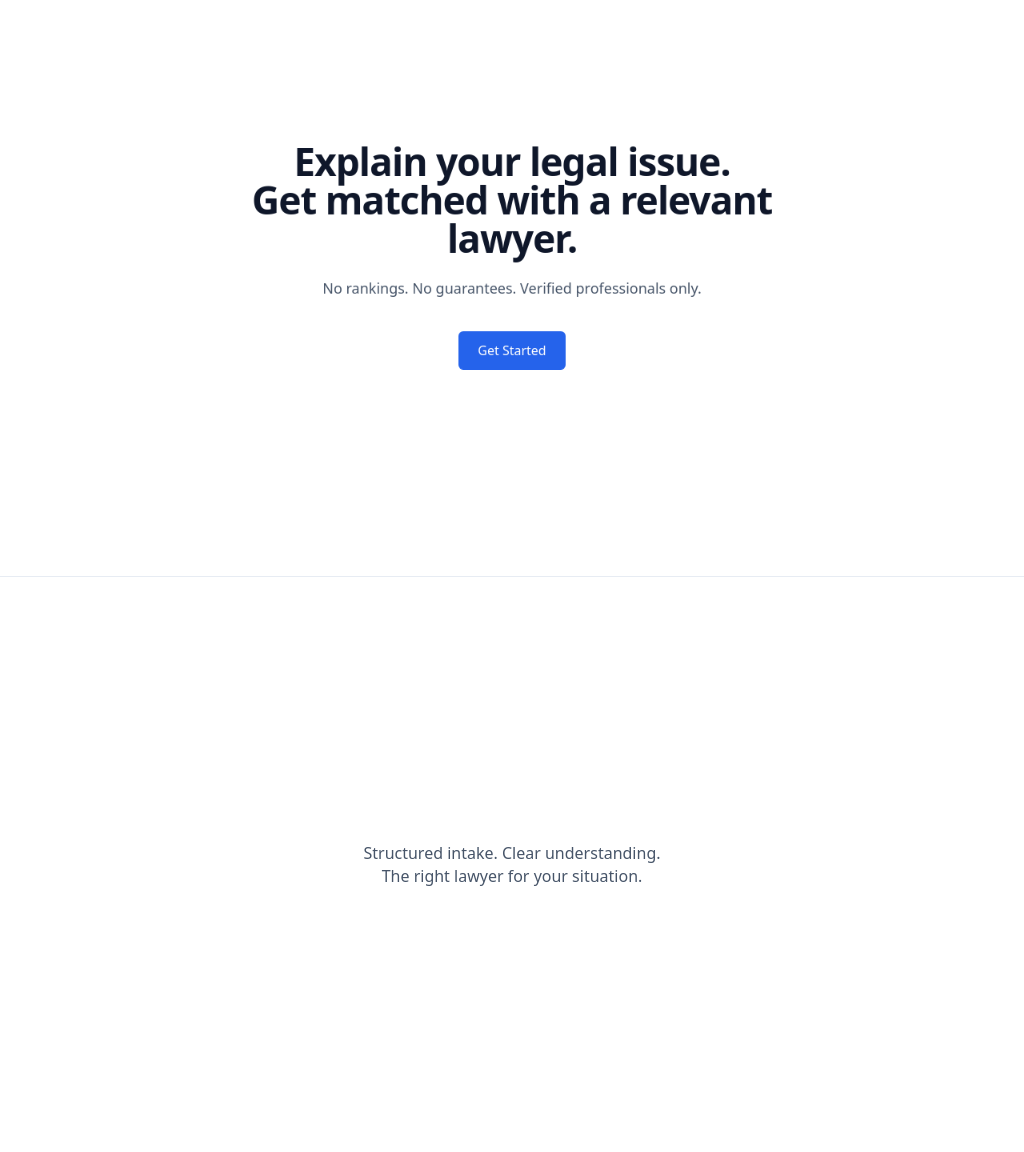
Repository: Aroxy22/legal-res
Page: /
The author's editor kept a copy of each file at every save. The page is drawn from the files as they stood at one save, then again after the next save.
The browser window is 1280 px wide. The pictures show the whole page, at 80% of full size.
The project was rebuilt for these pictures with package versions that can differ from the ones it lists, and the page was loaded fresh each time. The framework's server and built-in components were replaced by stand-ins that run in the browser. Also part of the build but not shown: next.config.ts.

Above is the page before, as saved 2025-12-22 01:24:38.

After the next save:
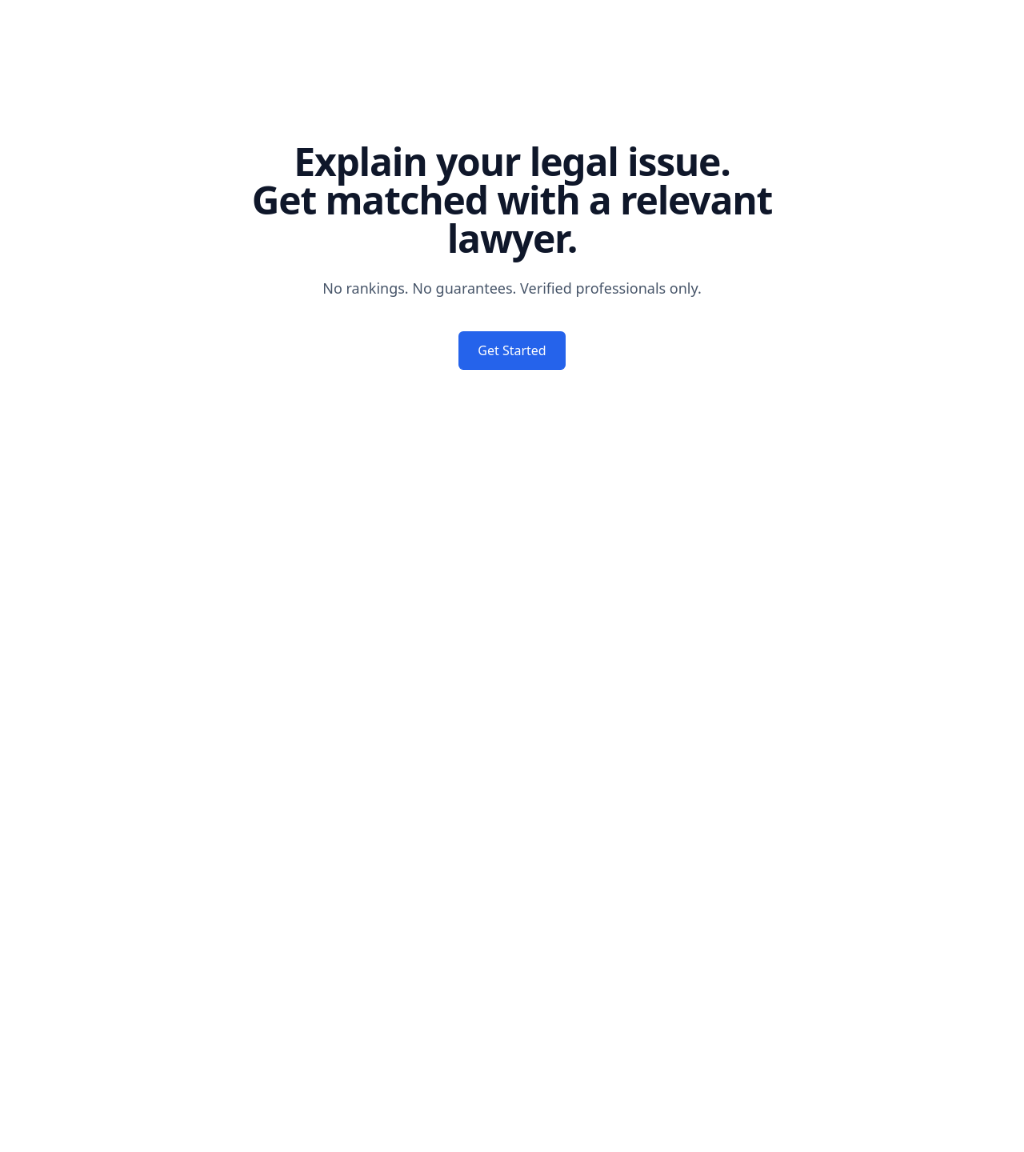
Saved 79 s later.
--- a/app/page.tsx
+++ b/app/page.tsx
@@ -40,13 +40,7 @@ export default function Home() {
       </section>
 
       {/* BELOW HERO */}
-      <section className="h-screen flex items-center justify-center border-t border-borderSubtle">
-        <p className="text-xl text-textSecondary max-w-xl text-center px-6">
-          Structured intake. Clear understanding.
-          <br />
-          The right lawyer for your situation.
-        </p>
-      </section>
+
     </main>
   );
 }
